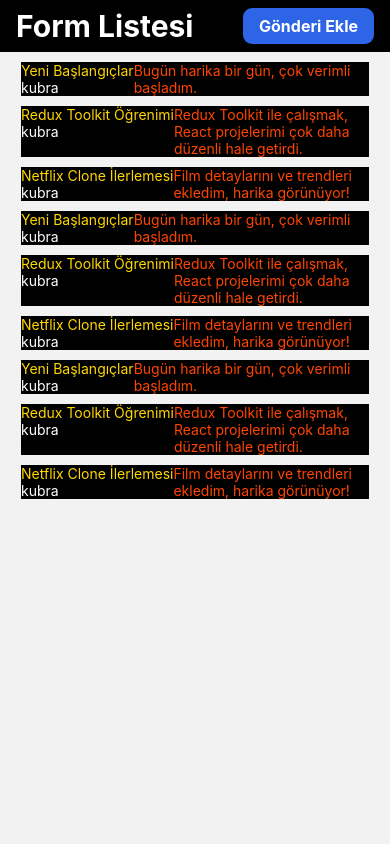
Repository: Kubraaygun/FirebaseRN
Screen: /
The author's editor kept a copy of each file at every save. The screen is drawn from the files as they stood at one save, then again after a run of saves.
The app was drawn by React Native's web renderer in a window 390 px wide. The project was rebuilt for these pictures with package versions that can differ from the ones it lists, and the page was loaded fresh each time. Requests to the local data server were answered from the project's data file. Also part of the build but not shown: src/screens/AddPost/AddPostView.jsx, src/screens/AddPost/AddPostController.jsx.

Above is the screen before, as saved 2025-01-20 20:34:02.

### App.js
import {SafeAreaView, StyleSheet, Text, View} from 'react-native';
import React, {useState} from 'react';
import {createNativeStackNavigator} from '@react-navigation/native-stack';
import {NavigationContainer} from '@react-navigation/native';
import ListPostController from './src/screens/ListPost/ListPostController';
import AddPostController from './src/screens/AddPost/AddPostController';
import AppBar from './src/screens/component/AppBar';

const App = () => {
  const [activePage, setActivePage] = useState('Gönderiler');
  const Stack = createNativeStackNavigator();
  return (
    <SafeAreaView style={{flex: 1}}>
      <NavigationContainer>
        <AppBar activePage={activePage} setActivePage={setActivePage} />
        <Stack.Navigator screenOptions={{headerShown: false}}>
          <Stack.Screen name="ListPost" component={ListPostController} />
          <Stack.Screen name="AddPost" component={AddPostController} />
        </Stack.Navigator>
      </NavigationContainer>
    </SafeAreaView>
  );
};

export default App;

const styles = StyleSheet.create({});

### src/screens/ListPost/ListPostController.jsx
import {StyleSheet, Text, View} from 'react-native';
import React, {useEffect, useState} from 'react';
import ListPostView from './ListPostView';
import axios from 'axios';
const ListPostController = () => {
  const [postData, setPostData] = useState([]);
  useEffect(() => {
    axios
      .get('http://localhost:3000/posts')
      .then(res => setPostData(res.data))
      .catch(error => console.log(error));
  }, []);
  return <ListPostView postData={postData} />;
};

export default ListPostController;

const styles = StyleSheet.create({});

### src/screens/component/AppBar.jsx
import {StyleSheet, Text, View} from 'react-native';
import React from 'react';
import CustomButton from './CustomButton';
import {useNavigation} from '@react-navigation/native';

const AppBar = ({activePage, setActivePage}) => {
  const navigation = useNavigation();
  return (
    <View style={styles.container}>
      <Text style={styles.title}>Form Listesi</Text>
      {activePage === 'Gönderiler' ? (
        <CustomButton
          buttonTitle={'Gönderi Ekle'}
          onPress={() => {
            setActivePage('Gönderi Ekle');
            navigation.navigate('AddPost');
          }}
        />
      ) : (
        <CustomButton
          buttonTitle={'Gönderi Listesi'}
          onPress={() => {
            setActivePage('Gönderiler');
            navigation.navigate('ListPost');
          }}
        />
      )}
    </View>
  );
};

export default AppBar;

const styles = StyleSheet.create({
  container: {
    backgroundColor: '#000000',
    flexDirection: 'row',
    justifyContent: 'space-between',
    paddingHorizontal: 16,
    paddingVertical: 8,
    alignItems: 'center',
  },
  title: {
    color: 'white',
    fontSize: 30,
    fontWeight: '700',
  },
});

### src/screens/ListPost/ListPostView.jsx
import {FlatList, StyleSheet, Text, View} from 'react-native';
import React from 'react';

const ListPostView = ({postData}) => {
  return (
    <View style={styles.container}>
      <FlatList
        data={postData}
        renderItem={({item}) => (
          <View style={styles.post}>
            <View style={styles.info}>
              <Text style={styles.title}>{item.title}</Text>
              <Text style={styles.user}>{item.user}</Text>
            </View>

            <Text style={styles.text}>{item.text}</Text>
          </View>
        )}
      />
    </View>
  );
};

export default ListPostView;

const styles = StyleSheet.create({
  container: {
    paddingHorizontal: 16,
    paddingVertical: 5,
  },
  post: {
    backgroundColor: 'black',
    margin: 5,
    flexDirection: 'row',
  },
  title: {
    color: 'gold',
  },
  user: {
    color: 'white',
  },
  text: {
    color: 'orangered',
  },
});

### src/screens/component/CustomButton.jsx
import {StyleSheet, Text, TouchableOpacity, View} from 'react-native';
import React from 'react';

const CustomButton = ({buttonTitle, onPress}) => {
  return (
    <TouchableOpacity onPress={onPress} style={styles.buttonContainer}>
      <Text style={styles.buttonTitle}>{buttonTitle}</Text>
    </TouchableOpacity>
  );
};

export default CustomButton;

const styles = StyleSheet.create({
  buttonContainer: {
    backgroundColor: '#2D65E6',
    paddingHorizontal: 16,
    paddingVertical: 8,
    borderRadius: 9,
  },
  buttonTitle: {
    color: '#ffffff',
    fontSize: 16,
    fontWeight: '700',
  },
});

### db.json
{
  "posts": [
    {
      "id": 1,
      "date": "2025-01-20",
      "title": "Yeni Başlangıçlar",
      "text": "Bugün harika bir gün, çok verimli başladım.",
      "user": "kubra"
    },
    {
      "id": 2,
      "date": "2025-01-19",
      "title": "Redux Toolkit Öğrenimi",
      "text": "Redux Toolkit ile çalışmak, React projelerimi çok daha düzenli hale getirdi.",
      "user": "kubra"
    },
    {
      "id": 3,
      "date": "2025-01-18",
      "title": "Netflix Clone İlerlemesi",
      "text": "Film detaylarını ve trendleri ekledim, harika görünüyor!",
      "user": "kubra"
    },
    {
      "id": 4,
      "date": "2025-01-20",
      "title": "Yeni Başlangıçlar",
      "text": "Bugün harika bir gün, çok verimli başladım.",
      "user": "kubra"
    },
    {
      "id": 5,
      "date": "2025-01-19",
      "title": "Redux Toolkit Öğrenimi",
      "text": "Redux Toolkit ile çalışmak, React projelerimi çok daha düzenli hale getirdi.",
      "user": "kubra"
    },
    {
      "id": 6,
      "date": "2025-01-18",
      "title": "Netflix Clone İlerlemesi",
      "text": "Film detaylarını ve trendleri ekledim, harika görünüyor!",
      "user": "kubra"
    },
    {
      "id": 7,
      "date": "2025-01-20",
      "title": "Yeni Başlangıçlar",
      "text": "Bugün harika bir gün, çok verimli başladım.",
      "user": "kubra"
    },
    {
      "id": 8,
      "date": "2025-01-19",
      "title": "Redux Toolkit Öğrenimi",
      "text": "Redux Toolkit ile çalışmak, React projelerimi çok daha düzenli hale getirdi.",
      "user": "kubra"
    },
    {
      "id": 3,
      "date": "2025-01-18",
      "title": "Netflix Clone İlerlemesi",
      "text": "Film detaylarını ve trendleri ekledim, harika görünüyor!",
      "user": "kubra"
    }
  ]
}

After the next 2 saves:
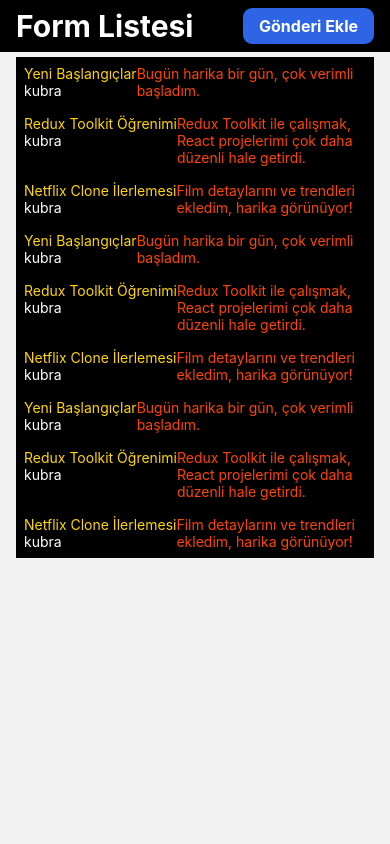
The 2 saves are shown as one change because they came seconds apart.
The last was saved 14 s later.
--- a/src/screens/ListPost/ListPostView.jsx
+++ b/src/screens/ListPost/ListPostView.jsx
@@ -30,7 +30,7 @@ const styles = StyleSheet.create({
   },
   post: {
     backgroundColor: 'black',
-    margin: 5,
+    padding: 8,
     flexDirection: 'row',
   },
   title: {
